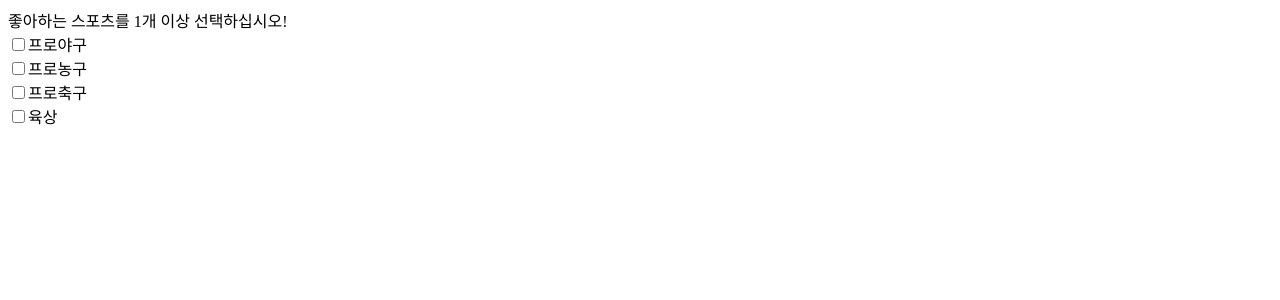
Repository: Ryustam/JSP
Page: http://localhost/jsp_practice/ex_30(checkbox).jsp
An editor plug-in stored every save of this project. The page is shown before and after the next save, followed by the edit.
The browser window is 1280 px wide. The pictures show the whole page.
The page is served by Tomcat 9.

Above is the page before, as saved 2021-11-03 03:30:44.

After the next save:
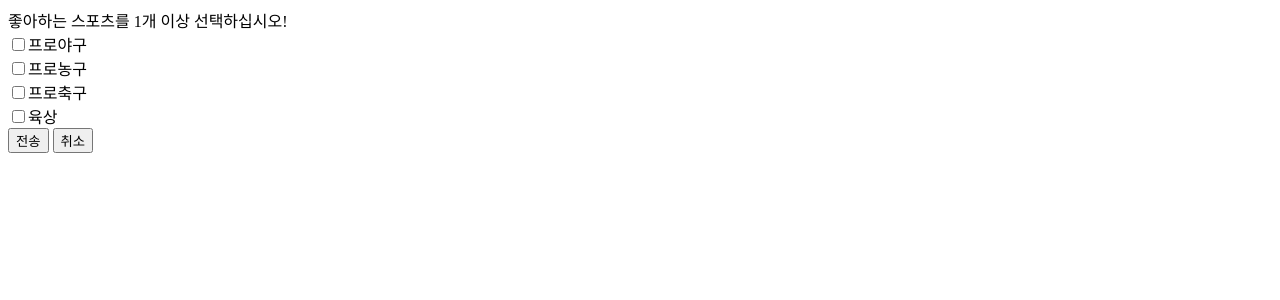
Saved 5 s later.
--- a/jsp_practice/src/main/webapp/ex_30(checkbox).jsp
+++ b/jsp_practice/src/main/webapp/ex_30(checkbox).jsp
@@ -15,7 +15,8 @@
 <input type="checkbox" name="sports" value="프로농구">프로농구 <br>
 <input type="checkbox" name="sports" value="프로축구">프로축구 <br>
 <input type="checkbox" name="sports" value="육상">육상 <br>
-
+<input type="submit" value="전송">
+<input type="reset" value="취소">
 
 </form>
 
